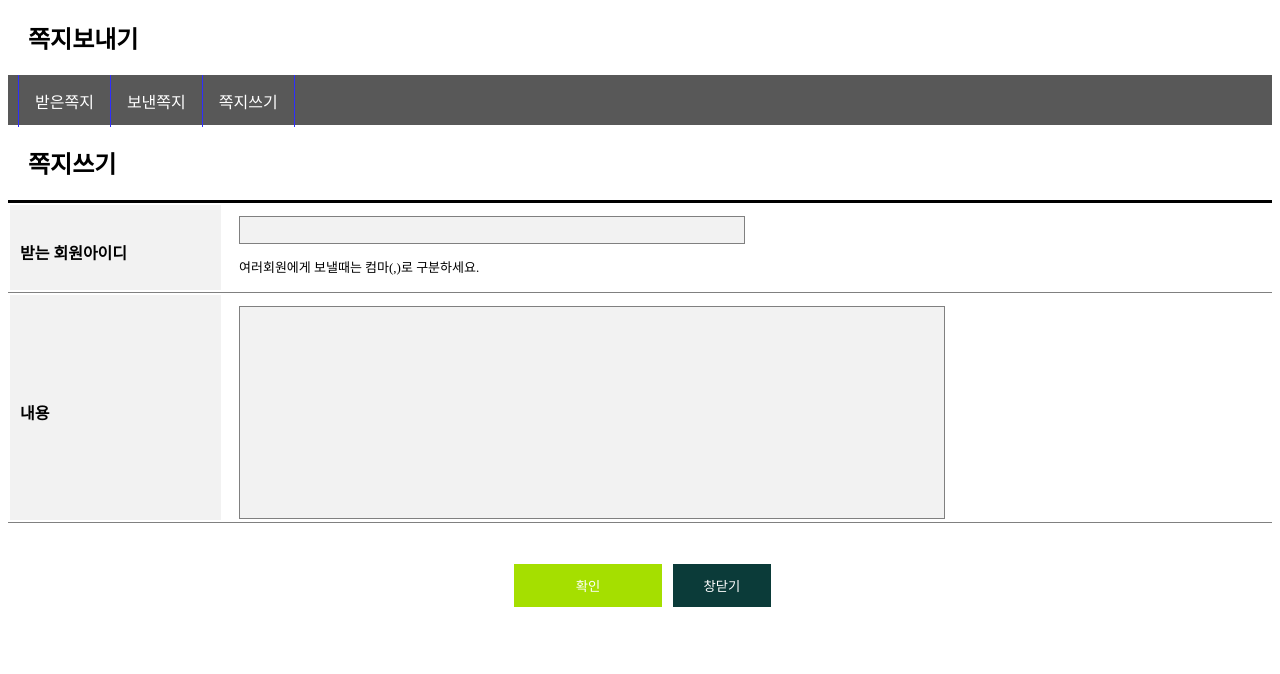
Repository: ks12b0000/JSP-School-Class
Page: chap10_JSP/src/main/webapp/Test/sendMessage.html
These files come from the project's save history. The page is drawn as it stood at one moment and after the next save; the edit follows.
The browser window is 1280 px wide. The pictures show the whole page.

Above is the page before, as saved 2022-06-04 11:58:29.

### chap10_JSP/src/main/webapp/Test/sendMessage.html
<!DOCTYPE html>
<html>
<head>
	<meta charset="UTF-8">
	<meta name="viewport" content="width=device-width, initial-scale=1.0">
	<title>쪽지쓰기</title>
	<link rel="stylesheet" href="loginWrite.css" />
</head>
<body>
	<h2>쪽지보내기</h2>
	<div class="menu1">
		<ul>
			<li><a href="#" id="a1">받은쪽지</a></li>
			<li><a href="#">보낸쪽지</a></li>
			<li><a href="#">쪽지쓰기</a></li>
		</ul>
	</div>
	<h2>쪽지쓰기</h2>
	<table class="Profile3">
		<tr>
			<th id="id12"><strong>받는 회원아이디</strong></th>
			<td><input type="text" /><br/><p>여러회원에게 보낼때는 컴마(,)로 구분하세요.</p></td>
		</tr>
	</table>
	<table class="Profile4">
		<tr>
			<th id="id13"><strong>내용</strong></th>
			<td><input type="text" /></td>
		</tr>
	</table>
	<div class="button12">
		<a href="#"><input id="Confirm12" type="button" value="확인" /></a>
		<a href="messageBox.html"><input id="close12" type="button" value="창닫기" /></a>
	</div>
</body>
</html>

### chap10_JSP/src/main/webapp/Test/loginWrite.css
@charset "UTF-8";
	body h2 {
		margin-left: 20px;
	}
	.login1 {
		width: 500px;
		border: 1px solid gray;
		margin: 40px;
		padding: 40px;

	}
	.login1 #id {
		width: 400px;

		padding: 4px;
	}
	.login1 #id input {

		margin-left: 30px;
	}
	.login1 #pw {

		padding: 4px;
	}
	.login1 #pw input {

		margin-left: 52px;
	}
	.login1 #login_Bt {
		text-align: right;
		margin-top: -50px;
		margin-right: 120px;
	}
	.login1 #login_Bt input {
		margin-left: 5px;
		padding: 12px;
		border: 1px solid white;
		background-color: #A5DF00;
		color: white;
	}
	.login1 #login_Ck {
		margin-top: 10px;
	}
	.login2 {
		border: 1px solid gray;
		font-size: 13px;
		background-color: #F2F2F2;
		width: 500px;
		margin: 40px;
		padding: 40px;
		margin-top: -50px;

	}
	.login2 h3 {
		margin-top: -20px;
		margin-left: -30px;
	}
	.login2 p {
		margin-top: -20px;
		margin-left: -30px;
	}
	.login2 form {
		margin-top: 10px;
		margin-left: 250px;

	}
	.login2 #idpw_bt {
		border: 1px solid white;
		background-color: #A5DF00;
		color: white;
	}
	.login2 #signup {
		border: 1px solid #BFFF00;
		background-color: white;
		color: #80FF00;
	}
	body #mainback {
		margin-left: 220px;
		text-decoration: none;
		color: black;
	}
	body #em2 {
		border-top: 1px solid gray;
		margin-left: 20px;
		padding-top: 15px;
	}
	#email1 {
		margin-left: 20px;
		font-size: 19px;
	}
	#email1 input {
		width: 500px;
		height: 30px;
	}
	.button {
		margin-top: 40px;
		margin-left: 250px;
	}
	.button #Confirm {
		margin-left: 5px;
		padding: 12px;
		width: 150px;
		border: 1px solid white;
		background-color: #A5DF00;
		color: white;
	}
	.button #close {
		margin-left: 5px;
		padding: 12px;
		width: 100px;
		border: 1px solid white;
		background-color: #0B3B39;
		color: white;
	}
	body #tm2 {
		color: red;
		text-align: center;
	}
	body #tm3,#tm5 {
		text-align: center;
	}
	body #tm4,#tm6 {
		border: 1px solid black;
		width: 1300px;
		height: 300px;
		background-color: #D8D8D8;
		margin-left: 10px;
	}
	#terms_Ck,#terms_Ck2 {
		text-align: right;
	}
	#signup3 {
		text-align: center;
	}
	#signup3 input {
		margin-left: 5px;
		padding: 12px;
		border: 1px solid white;
		background-color: #A5DF00;
		color: white;
	}
	.button3 {
		text-align: right;
		margin-top: -50px;
		margin-right: 10px;
	}
	.button3 #notebox {
		border: 1px solid #BFFF00;
		background-color: white;
		color: #80FF00;
		padding: 6px;
	}
	.button3 #Revise {
		border: 1px solid #BFFF00;
		background-color: white;
		color: #80FF00;
		padding: 6px;
	}
	.button3 #secession {
		border: 1px solid white;
		background-color: #A5DF00;
		color: white;
		padding: 6px;
	}
	.Profile111 {
		border: 1px solid gray;
		border-collapse: collapse;
		margin-top: 15px;
		width: 100%;
		height: 150px;
		background-color: #FAFAFA;
	}
	.Profile111 #Profile112 {
		border-bottom: 1px solid gray;
	}
	.Profile2 {
		border-top: 3px solid black;
		width: 100%;
		background-color: #F2F2F2;
		height: 50px;
		border-bottom: 1px solid gray;
		margin-top: 20px;
	}
	#hh3 {
		margin-left: 10px;
	}
	.Contents {
		text-align: center;
		margin-top: 100px;
		border-bottom: 1px solid gray;
		height: 100px;
	}
	.menu1 ul {
		background-color: #585858;
		height: 50px;
		margin: 0;
		padding: 0;
		list-style: none;

	}
	.menu1 li {
		float: left;
		border-right: 1px solid #2E2EFE;
	}
	.menu1 li a {
		padding-left: 10px;
		color: white;
		text-decoration: none;
		display: block;
		text-align: center;
		padding: 14px 16px;
	}
	.menu1 #a1 {
		border-left: 1px solid #2E2EFE;
		margin-left: 10px;
	}
	.guide {
		text-align: left;
	}
	.button2 {
		text-align: center;
	}
	.button2 #close2 {
		text-align: center;
		padding: 10px;
		width: 80px;
		border: 1px solid white;
		background-color: #0B4C5F;
		color: white;
	}
	.Profile3 {
		border-top: 3px solid black;
		width: 100%;
		height: 50px;
		margin-top: 20px;
	}
	.Profile3 #id12 {
		margin-top: 20px;
		padding-left:10px;
		padding-top: 10px;
		text-align: left;
		width: 200px;
		background-color: #F2F2F2;
		height: 60px;
	}
	.Profile3 input {
		background-color: #F2F2F2;
		margin-left: 15px;
		margin-top: 10px;
		padding-top: 10px;
		border: 1px solid gray;
		width: 500px;
		text-align: left;
	}
	.Profile3 p {
		font-size: 13px;
		margin-left: 15px;

	}
	.Profile4 {
		border-top: 1px solid gray;
		border-bottom: 1px solid gray;
		width: 100%;
		height: 50px;
	}
	.Profile4 #id13 {
		margin-top: 20px;
		padding-left:10px;
		padding-top: 10px;
		text-align: left;
		width: 200px;
		background-color: #F2F2F2;
		height: 200px;
	}
	.Profile4 input {
		background-color: #F2F2F2;
		margin-left: 15px;
		margin-top: 10px;
		padding-top: 10px;
		border: 1px solid gray;
		width: 700px;
		height: 200px;
		text-align: left;
	}
	.button12 {
		margin-top: 40px;
		text-align: center;
	}
	.button12 #Confirm12 {
		margin-left: 5px;
		padding: 12px;
		width: 150px;
		border: 1px solid white;
		background-color: #A5DF00;
		color: white;
	}
	.button12 #close12 {
		margin-left: 5px;
		padding: 12px;
		width: 100px;
		border: 1px solid white;
		background-color: #0B3B39;
		color: white;
	}

After the next save:
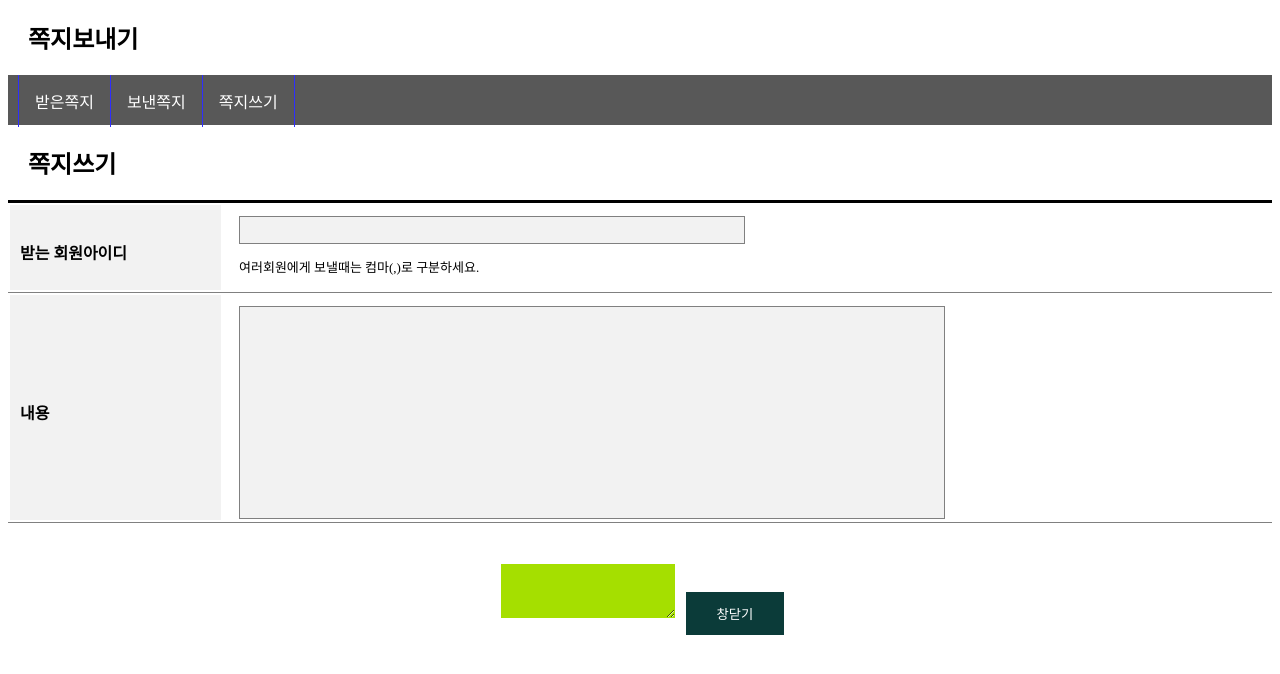
Saved 66 s later.
--- a/chap10_JSP/src/main/webapp/Test/sendMessage.html
+++ b/chap10_JSP/src/main/webapp/Test/sendMessage.html
@@ -29,7 +29,7 @@
 		</tr>
 	</table>
 	<div class="button12">
-		<a href="#"><input id="Confirm12" type="button" value="확인" /></a>
+		<a href="#"><textarea id="Confirm12" type="button" value="확인" ></textarea></a>
 		<a href="messageBox.html"><input id="close12" type="button" value="창닫기" /></a>
 	</div>
 </body>
